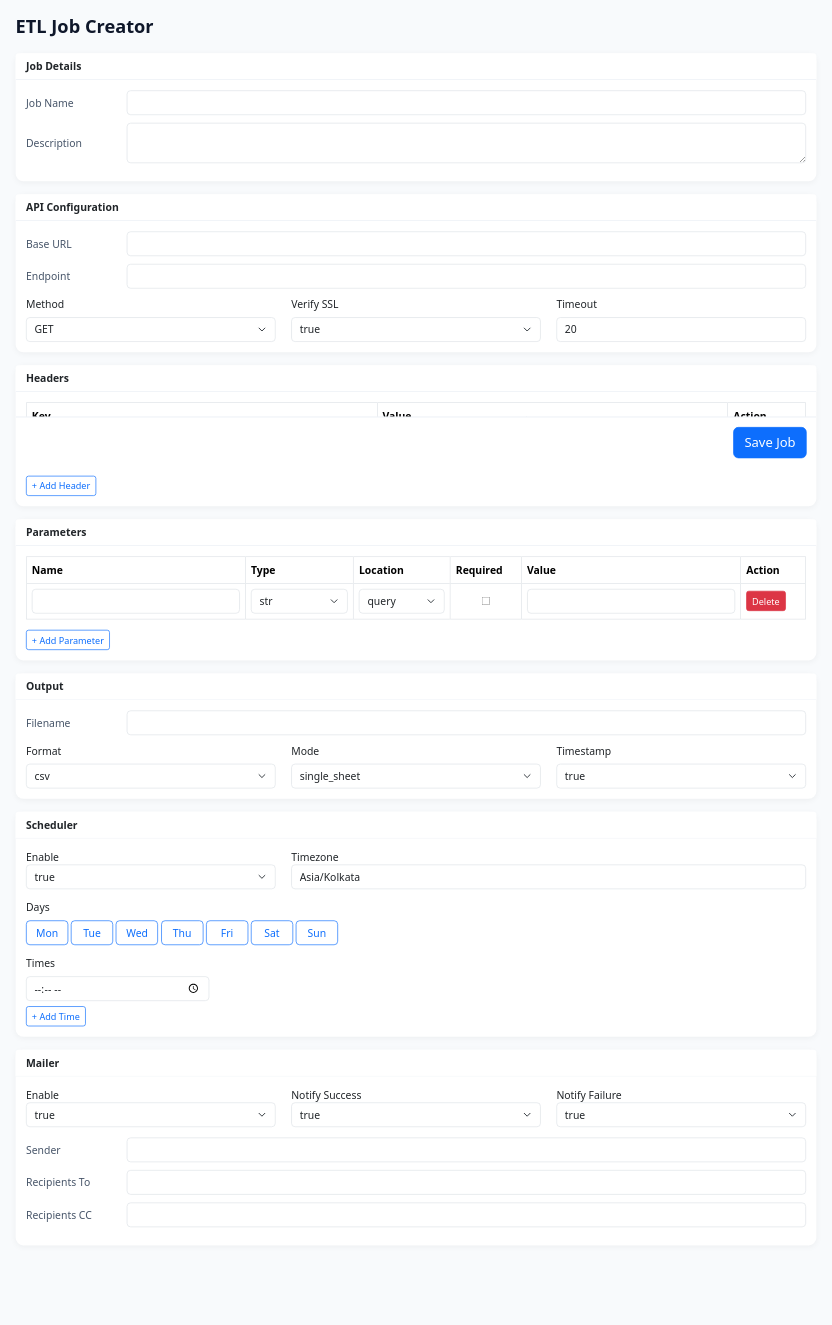
Repository: C0sCube/fetchapi
Page: example.html
The author's editor kept a copy of each file at every save. The page is drawn from the files as they stood at one save, then again after the next save.
The browser window is 1280 px wide. The pictures show the whole page, at 65% of full size.

Above is the page before, as saved 2026-06-09 23:31:43.

After the next save:
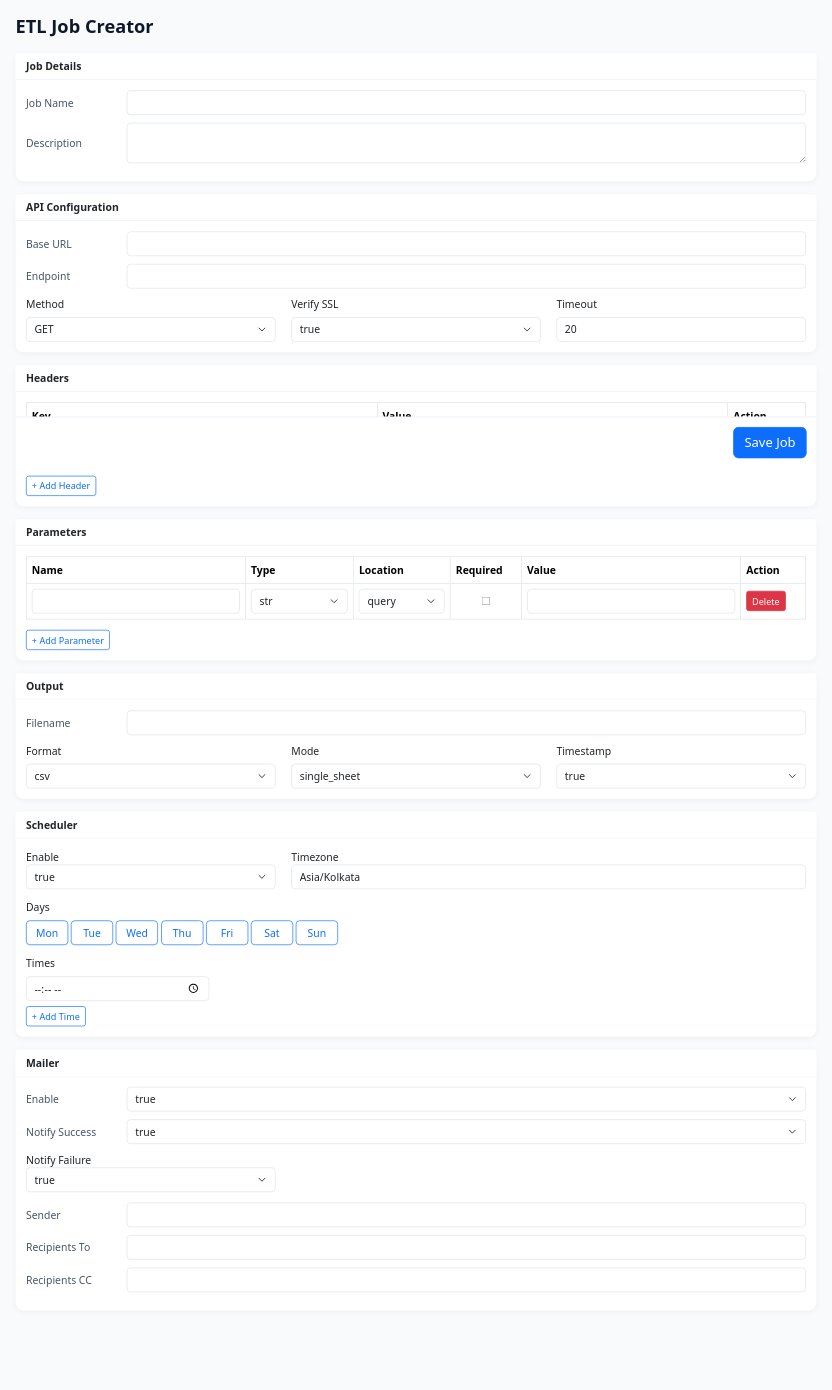
Saved 2 min 52 s later.
--- a/example.html
+++ b/example.html
@@ -441,22 +441,27 @@
 
                 <div class="row mb-3">
 
-                    <div class="col-md-4">
-                        <label>Enable</label>
+                    <div class="form-row">
+                        <label class="form-label-fixed">
+                            Enable
+                        </label>
+
                         <select class="form-select">
                             <option>true</option>
                             <option>false</option>
                         </select>
                     </div>
 
-                    <div class="col-md-4">
-                        <label>Notify Success</label>
+                    <div class="form-row">
+                        <label class="form-label-fixed">
+                            Notify Success
+                        </label>
+
                         <select class="form-select">
                             <option>true</option>
                             <option>false</option>
                         </select>
                     </div>
-
                     <div class="col-md-4">
                         <label>Notify Failure</label>
                         <select class="form-select">
